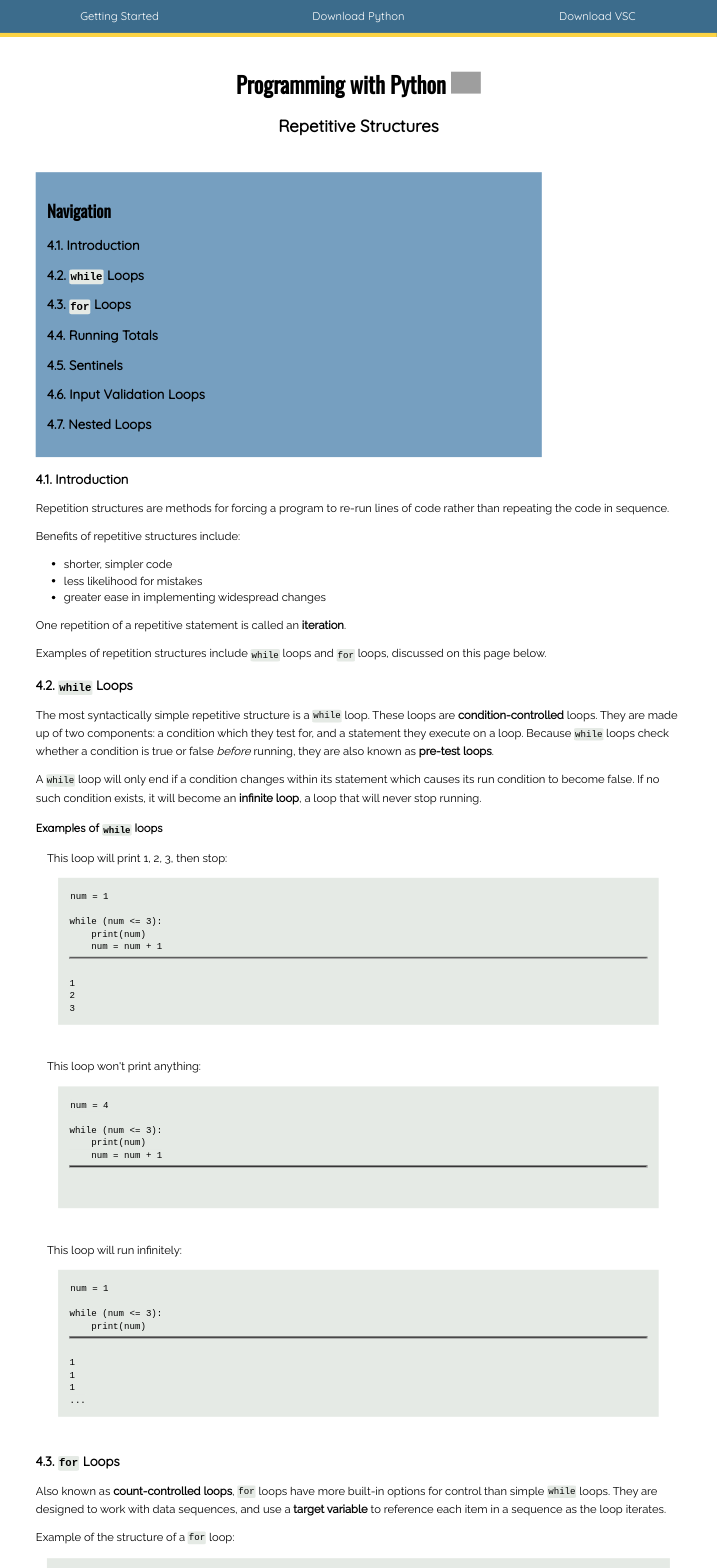
Repository: emnharris/FreeCodeCampChallenges
Page: responsive-web-design/technical-documentation-page/python-tutorial.html
These files come from the project's save history. The page is drawn as it stood at one moment and after the next save; the edit follows.
The browser window is 1024 px wide. The pictures show the part of the page from y = 0 to 2240 px (the page is 5688 px tall), at 70% of full size.
Pictures or frames that could not be fetched are drawn as grey boxes.

Above is the page before, as saved 2020-04-17 23:50:57.

After the next save:
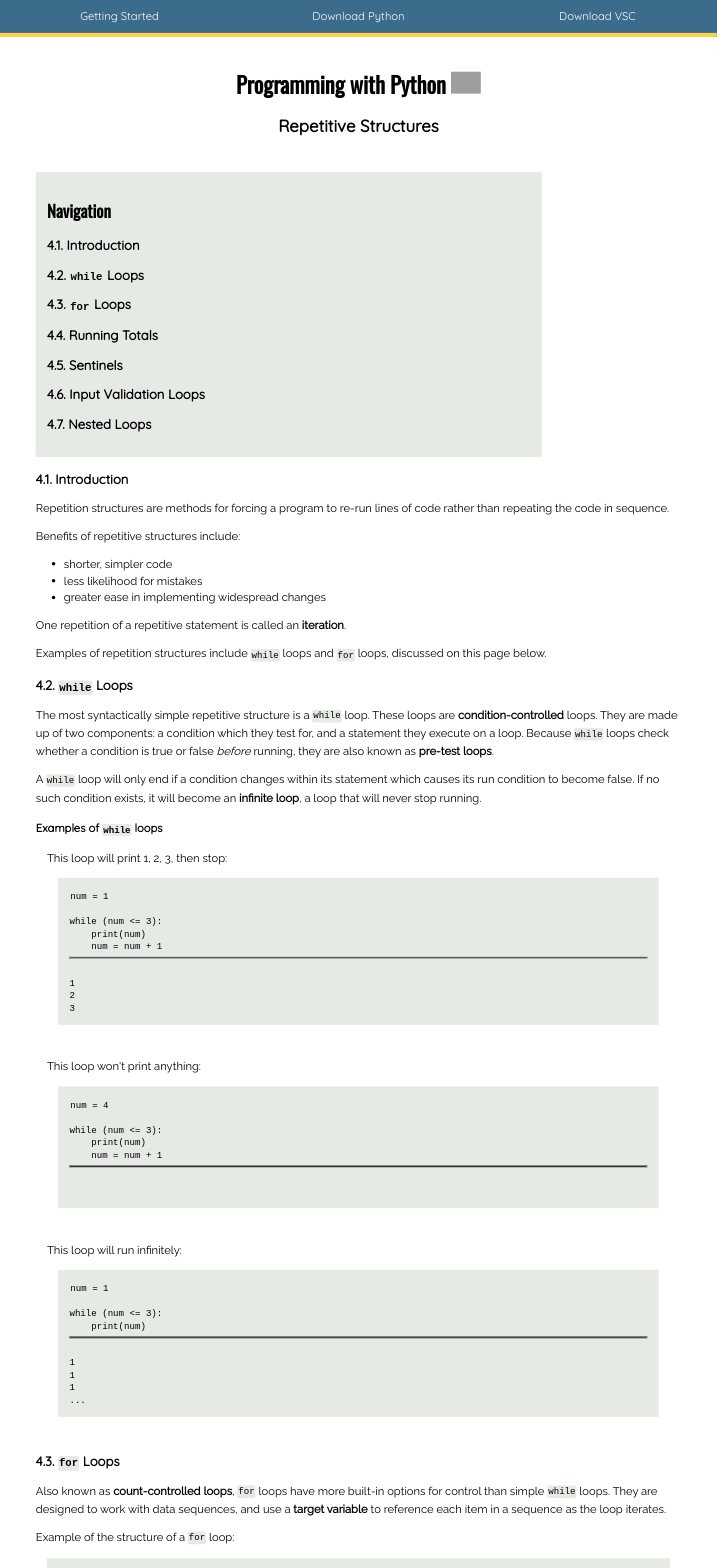
Saved 64 s later.
--- a/responsive-web-design/technical-documentation-page/python-tutorial.css
+++ b/responsive-web-design/technical-documentation-page/python-tutorial.css
@@ -193,7 +193,7 @@
     #navigation {
         display: block;
         width: 75%;
-        background-color: #769fc0;
+        background-color: #e5eae5;
         padding: 1em;
     }
 }
